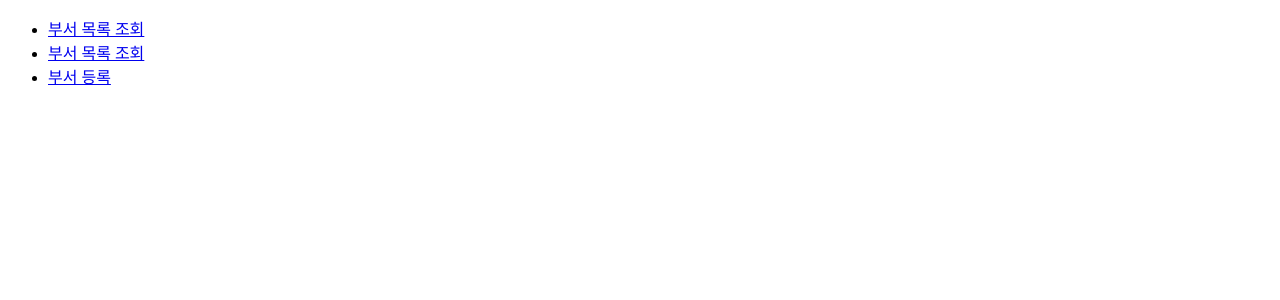
Repository: tmddnrdl333/5_BackEnd
Page: http://localhost/0323_mvc_basic/
These files come from the project's save history. The page is drawn as it stood at one moment and after the next save; the edit follows.
The browser window is 1280 px wide. The pictures show the whole page.
The page is served by Tomcat 9. Other server files are loaded and not shown.

Above is the page before, as saved 2022-03-24 04:38:47.

### 0323_mvc_basic/WebContent/index.jsp
<%@ page language="java" contentType="text/html; charset=UTF-8"
	pageEncoding="UTF-8"%>
<!DOCTYPE html>
<html>
<head>
<meta charset="UTF-8">
<title>index.jsp입니당</title>
</head>
<body>

	<ul>
		<li><a href="<%=request.getContextPath() %>/dept/list.do">부서 목록 조회</a></li>
		<li><a href="<%=request.getContextPath() %>/dept/list.ssafy">부서 목록 조회</a></li>
		<li><a href="<%=request.getContextPath()%>/dept/regist_form.do">부서 등록</a></li>
	</ul>
</body>
</html>

### 0323_mvc_basic/WebContent/menu.jsp
<%@ page language="java" contentType="text/html; charset=UTF-8"
    pageEncoding="UTF-8"%>
<!-- 로그인 안 한 경우 -->
<div><a>로그인</a></div>
<!-- 로그인 한 경우 -->
<div>xxx님 안농?<a>로그아웃</a></div>
<hr/>

After the next save:
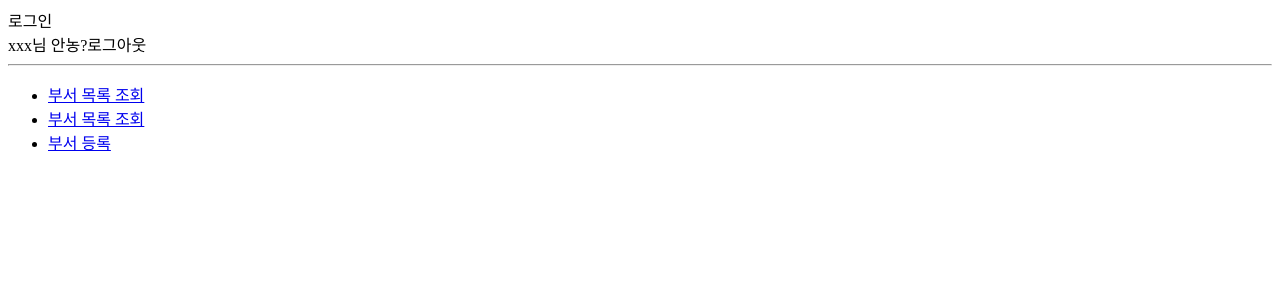
Saved 9 min 27 s later.
--- a/0323_mvc_basic/WebContent/index.jsp
+++ b/0323_mvc_basic/WebContent/index.jsp
@@ -7,7 +7,7 @@
 <title>index.jsp입니당</title>
 </head>
 <body>
-
+<jsp:include page="/menu.jsp"></jsp:include>
 	<ul>
 		<li><a href="<%=request.getContextPath() %>/dept/list.do">부서 목록 조회</a></li>
 		<li><a href="<%=request.getContextPath() %>/dept/list.ssafy">부서 목록 조회</a></li>
